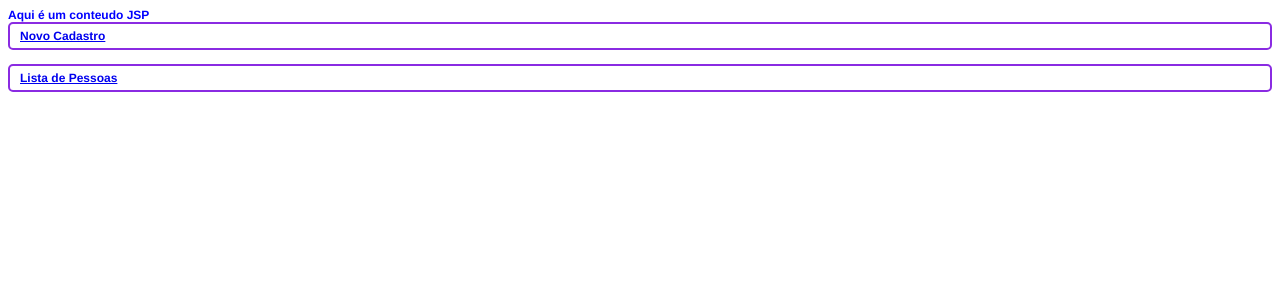
Repository: weristec/form-web
Page: http://localhost/form-cadas-pessoa/index.jsp
These files come from the project's save history. The page is drawn as it stood at one moment and after the next save; the edit follows.
The browser window is 1280 px wide. The pictures show the whole page.
The page is served by Tomcat 9. Nobody is signed in. The application's start-up code is not run.

Above is the page before, as saved 2021-08-19 00:50:51.

After the next save:
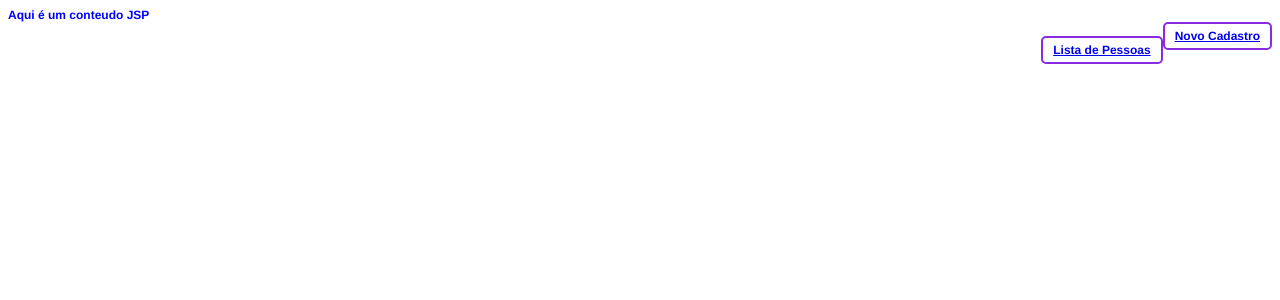
Saved 59 s later.
--- a/form-cadas-pessoa/src/main/webapp/css/estilo.css
+++ b/form-cadas-pessoa/src/main/webapp/css/estilo.css
@@ -41,9 +41,10 @@ input, select {
     color:blueviolet;
     padding: 5px 10px;
     border-radius: 5px;
+    float: right;
 }
 .btfl{
-	float: right;
+
 }
 
 .bt:hover {
